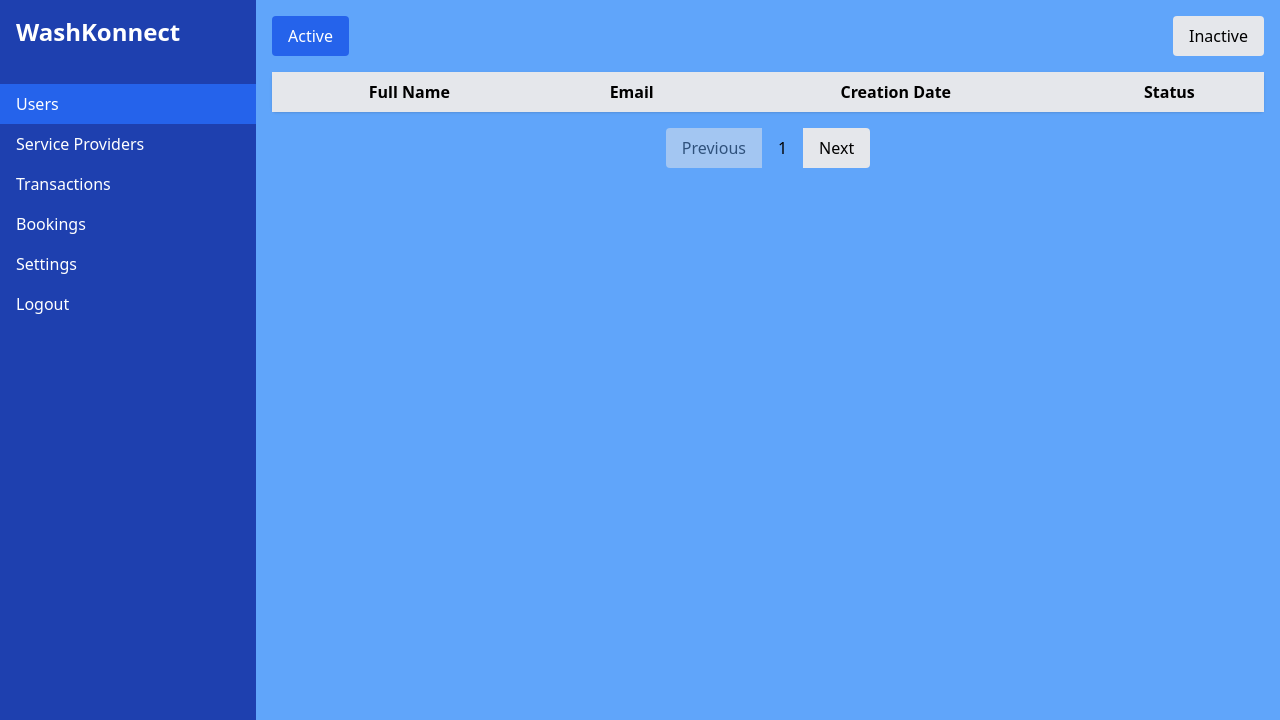
Repository: TEKVOLUTION-LTD/Admin-washKonnect
Page: /dashboard/users (app in Admin-WashKonnect/)
An editor plug-in stored every save of this project. The page is shown before and after the next save, followed by the edit.
The browser window is 1280 px wide. The pictures show the whole page.
The page's requests for data from a server got no answer. The project was rebuilt for these pictures with package versions that can differ from the ones it lists, and the page was loaded fresh each time. No one was signed in, and anything a server would have sent is missing. Also part of the build but not shown: Admin-WashKonnect/vite.config.js, Admin-WashKonnect/src/pages/LoginPage.jsx, Admin-WashKonnect/src/pages/ServiceProviderPage.jsx, Admin-WashKonnect/src/pages/TransactionsPage.jsx, Admin-WashKonnect/src/pages/BookingsPage.jsx, Admin-WashKonnect/src/pages/SettingsPage.jsx, Admin-WashKonnect/src/pages/LogoutPage.jsx.

Above is the page before, as saved 2024-11-19 16:35:51.

### Admin-WashKonnect/src/App.jsx
import { BrowserRouter as Router, Route, Routes } from "react-router-dom";
import LoginPage from "./pages/LoginPage";
import Dashboard from "./pages/Dashboard";

function App() {
  return (
    <Router>
      <Routes>
        <Route path="/" element={<LoginPage />} />
        <Route path="/dashboard/*" element={<Dashboard />} />
      </Routes>
    </Router>
  );
}

export default App;

### Admin-WashKonnect/src/pages/Dashboard.jsx
import { Route, Routes } from "react-router-dom";
import Sidebar from "../components/Sidebar";
import UserPage from "../components/UsersPage";
import ServiceProviderPage from "./ServiceProviderPage";
import TransactionPage from "./TransactionsPage";
import BookingsPage from "./BookingsPage";
import SettingsPage from "./SettingsPage";
import LogoutPage from "./LogoutPage";

const Dashboard = () => {
  return (
    <div className="flex h-screen">
      <Sidebar />
      <div className="flex-1 bg-blue-400 p-4 overflow-auto">
        <Routes>
          <Route path="users" element={<UserPage />} />
          <Route path="service-providers" element={<ServiceProviderPage />} />
          <Route path="transactions" element={<TransactionPage />} />
          <Route path="bookings" element={<BookingsPage />} />
          <Route path="settings" element={<SettingsPage />} />
          <Route path="logout" element={<LogoutPage />} />
        </Routes>
      </div>
    </div>
  );
};

export default Dashboard;

### Admin-WashKonnect/src/api/api.js
import axios from "axios";

const API = axios.create({
  baseURL: "http://localhost:5000/api", // Change this to match your backend URL
});

export default API;

### Admin-WashKonnect/src/components/Sidebar.jsx
import { NavLink } from "react-router-dom";

const Sidebar = () => {
  return (
    <div className="w-64 bg-blue-800 text-white h-full flex flex-col">
      <div className="p-4 text-2xl font-bold">WashKonnect</div>
      <nav className="flex-1 py-5">
        {[
          { name: "Users", path: "users" },
          { name: "Service Providers", path: "service-providers" },
          { name: "Transactions", path: "transactions" },
          { name: "Bookings", path: "bookings" },
          { name: "Settings", path: "settings" },
          { name: "Logout", path: "logout" },
        ].map((link) => (
          <NavLink
            key={link.name}
            to={`/dashboard/${link.path}`}
            className={({ isActive }) =>
              `block px-4 py-2 hover:bg-blue-700 ${
                isActive ? "bg-blue-600" : ""
              }`
            }
          >
            {link.name}
          </NavLink>
        ))}
      </nav>
    </div>
  );
};

export default Sidebar;

### Admin-WashKonnect/src/components/UsersPage.jsx
import { useState, useEffect } from "react";
import API from "../api/api";
import Pagination from "./Pagination";

const UserPage = () => {
  const [users, setUsers] = useState([]);
  const [filter, setFilter] = useState("active");
  const [currentPage, setCurrentPage] = useState(1);
  const usersPerPage = 10;

  useEffect(() => {
    const fetchUsers = async () => {
      try {
        const response = await API.get(`/users?status=${filter}`);
        setUsers(response.data);
      } catch (error) {
        console.error("Failed to fetch users", error);
      }
    };
    fetchUsers();
  }, [filter]);

  const startIndex = (currentPage - 1) * usersPerPage;
  const displayedUsers = users.slice(startIndex, startIndex + usersPerPage);

  return (
    <div>
      <div className="flex justify-between mb-4">
        <button
          onClick={() => setFilter("active")}
          className={`px-4 py-2 rounded ${
            filter === "active" ? "bg-blue-600 text-white" : "bg-gray-200"
          }`}
        >
          Active
        </button>
        <button
          onClick={() => setFilter("inactive")}
          className={`px-4 py-2 rounded ${
            filter === "inactive" ? "bg-blue-600 text-white" : "bg-gray-200"
          }`}
        >
          Inactive
        </button>
      </div>
      <table className="w-full bg-white rounded shadow">
        <thead>
          <tr className="bg-gray-200">
            <th className="p-2">Full Name</th>
            <th className="p-2">Email</th>
            <th className="p-2">Creation Date</th>
            <th className="p-2">Status</th>
          </tr>
        </thead>
        <tbody>
          {displayedUsers.map((user) => (
            <tr key={user.id} className="text-center border-t">
              <td className="p-2">{user.fullname}</td>
              <td className="p-2">{user.email}</td>
              <td className="p-2">{user.creationDate}</td>
              <td className="p-2">{user.status}</td>
            </tr>
          ))}
        </tbody>
      </table>
      <Pagination
        totalItems={users.length}
        itemsPerPage={usersPerPage}
        currentPage={currentPage}
        onPageChange={(page) => setCurrentPage(page)}
      />
    </div>
  );
};

export default UserPage;

### Admin-WashKonnect/src/components/Pagination.jsx
const Pagination = ({ totalItems, itemsPerPage, currentPage, onPageChange }) => {
    const totalPages = Math.ceil(totalItems / itemsPerPage);

    return (
      <div className="flex justify-center mt-4">
        <button
          onClick={() => onPageChange(currentPage - 1)}
          disabled={currentPage === 1}
          className="px-4 py-2 bg-gray-200 rounded-l disabled:opacity-50"
        >
          Previous
        </button>
        <span className="px-4 py-2">{currentPage}</span>
        <button
          onClick={() => onPageChange(currentPage + 1)}
          disabled={currentPage === totalPages}
          className="px-4 py-2 bg-gray-200 rounded-r disabled:opacity-50"
        >
          Next
        </button>
      </div>
    );
  };

  export default Pagination;

Loaded but not shown: Admin-WashKonnect/index.html (common file); Admin-WashKonnect/src/main.jsx (common file); Admin-WashKonnect/src/index.css (common file); Admin-WashKonnect/tailwind.config.js (common file)

After the next save:
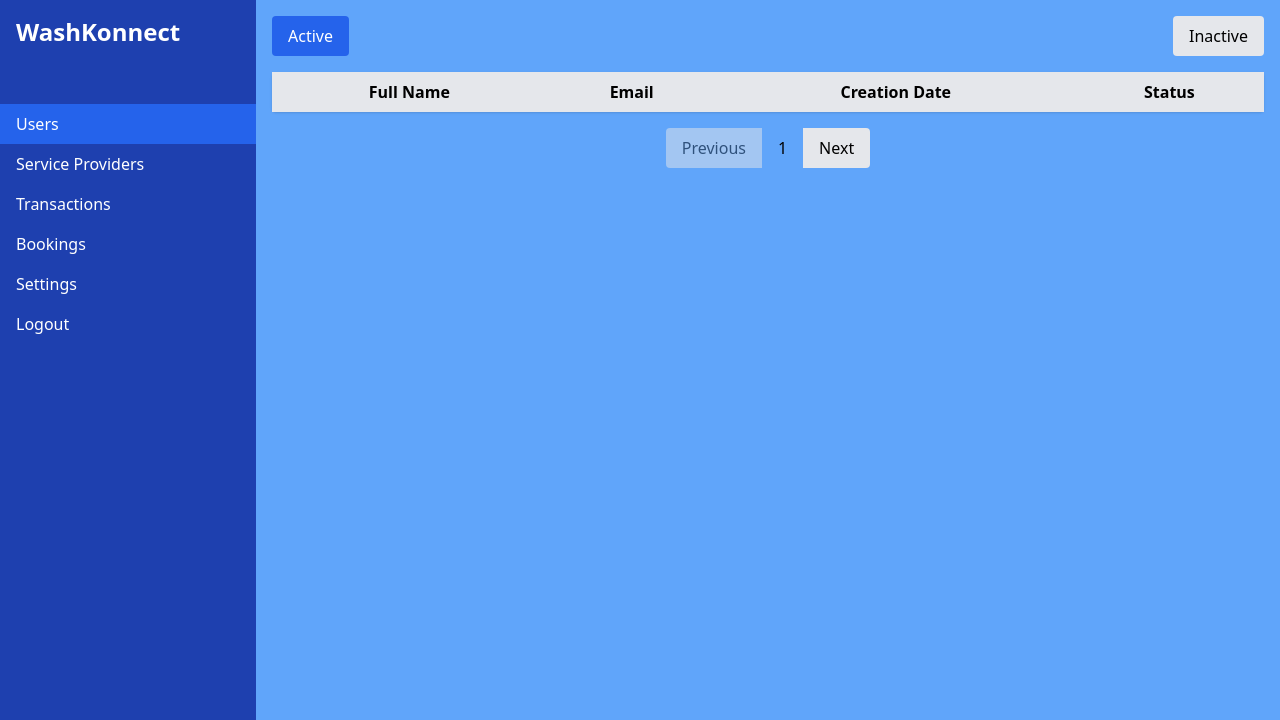
Saved 11 s later.
--- a/Admin-WashKonnect/src/components/Sidebar.jsx
+++ b/Admin-WashKonnect/src/components/Sidebar.jsx
@@ -4,7 +4,7 @@ const Sidebar = () => {
   return (
     <div className="w-64 bg-blue-800 text-white h-full flex flex-col">
       <div className="p-4 text-2xl font-bold">WashKonnect</div>
-      <nav className="flex-1 py-5">
+      <nav className="flex-1 py-10">
         {[
           { name: "Users", path: "users" },
           { name: "Service Providers", path: "service-providers" },
